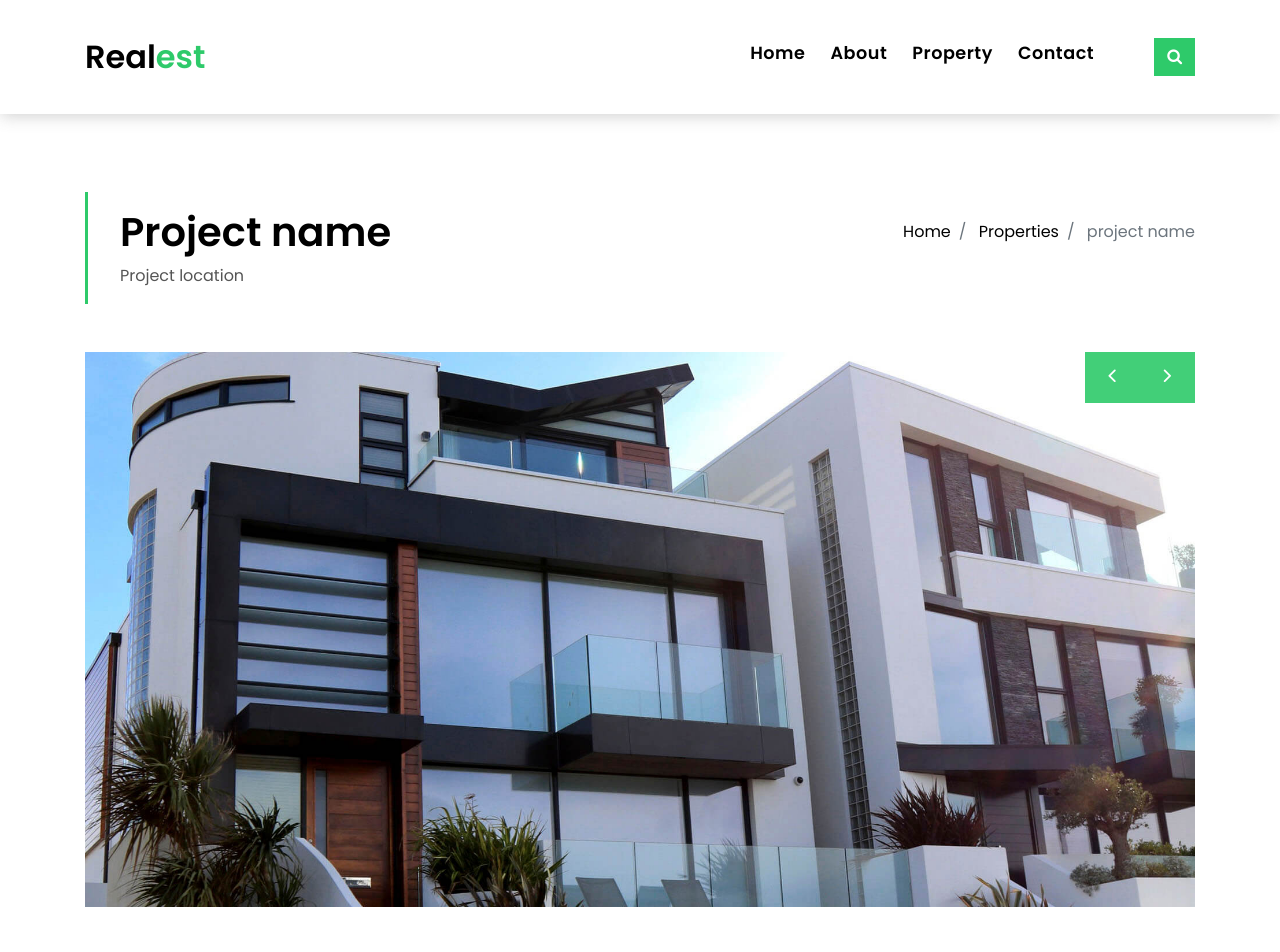
Repository: danaalhaji/realest
Page: http://localhost/realeast/WEB-INF/companyProperty.jsp
An editor plug-in stored every save of this project. The page is shown before and after the next save, followed by the edit.
The browser window is 1280 px wide. The pictures show the part of the page from y = 0 to 952 px (the page is 2524 px tall).
The page is served by Tomcat 9. Nobody is signed in. The template is opened directly, without the code that normally fills it, so the values that code supplies are empty.

Above is the page before, as saved 2022-11-23 08:56:38.

After the next save:
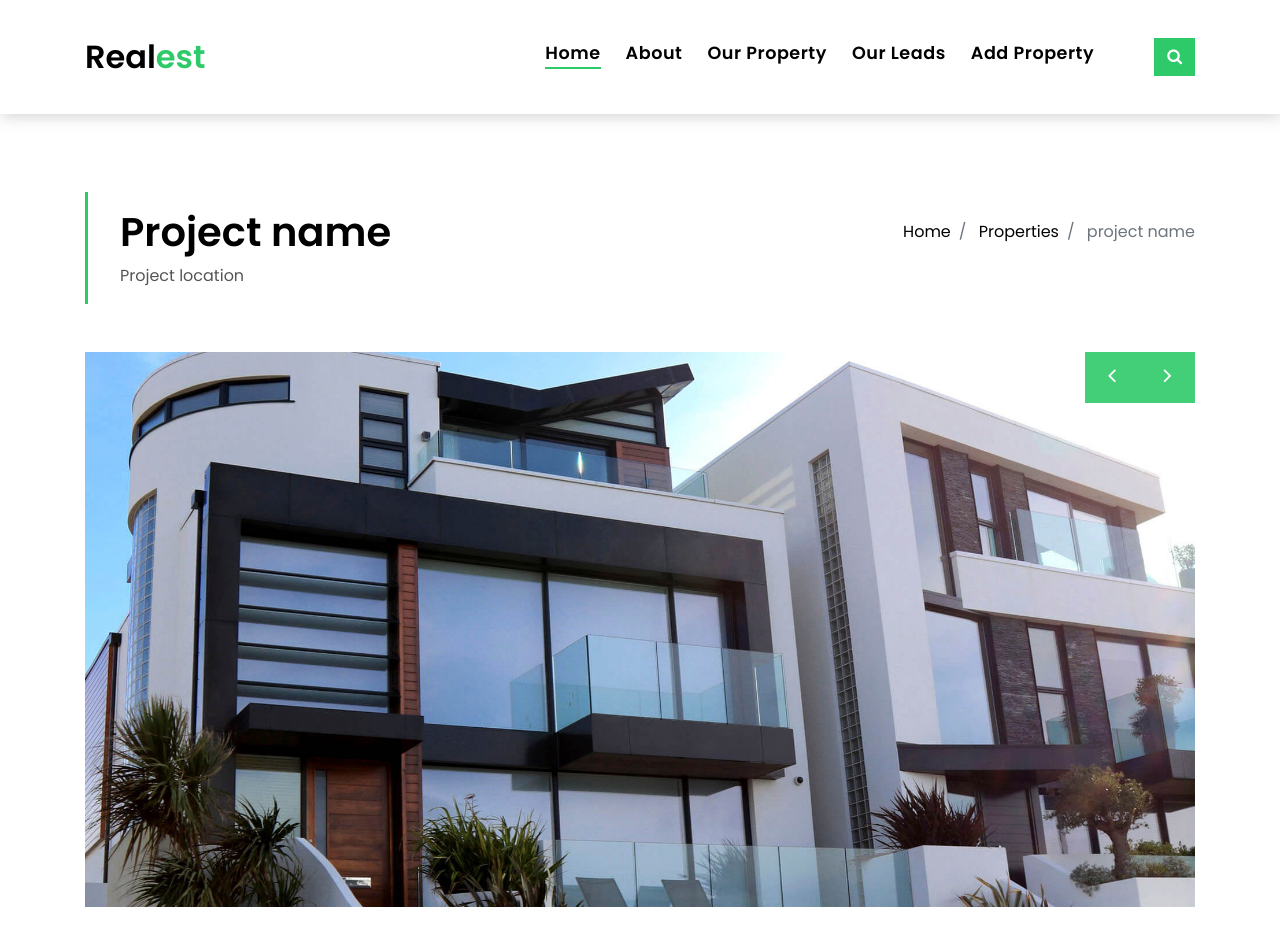
Saved 84 s later.
--- a/realeast/src/main/webapp/WEB-INF/companyProperty.jsp
+++ b/realeast/src/main/webapp/WEB-INF/companyProperty.jsp
@@ -199,18 +199,13 @@
           id="navbarDefault"
         >
           <ul class="navbar-nav">
-            <li class="nav-item">
-              <a class="nav-link" href="/home">Home</a>
-            </li>
-            <li class="nav-item">
-              <a class="nav-link" href="/about">About</a>
-            </li>
-            <li class="nav-item">
-              <a class="nav-link" href="/property">Property</a>
-            </li>
-            <li class="nav-item">
-              <a class="nav-link" href="/contact">Contact</a>
-            </li>
+					<li class="nav-item"><a class="nav-link active" href="/">Home</a></li>
+					<li class="nav-item"><a class="nav-link" href="/about">About</a>
+					</li>
+					<li class="nav-item"><a class="nav-link" href="/companyProperty">Our Property</a></li>
+					<li class="nav-item"><a class="nav-link" href="/companyLeads">Our Leads</a></li>
+					<li class="nav-item"><a class="nav-link" href="new/project">Add Property</a>
+					</li>
             <li class="nav-item">
               <li class="nav-item"><c:if test="${company_id != null}">
 							<a href="/logoutcustomer" class="btn btn-dark btn-sm btn-block">Sign
